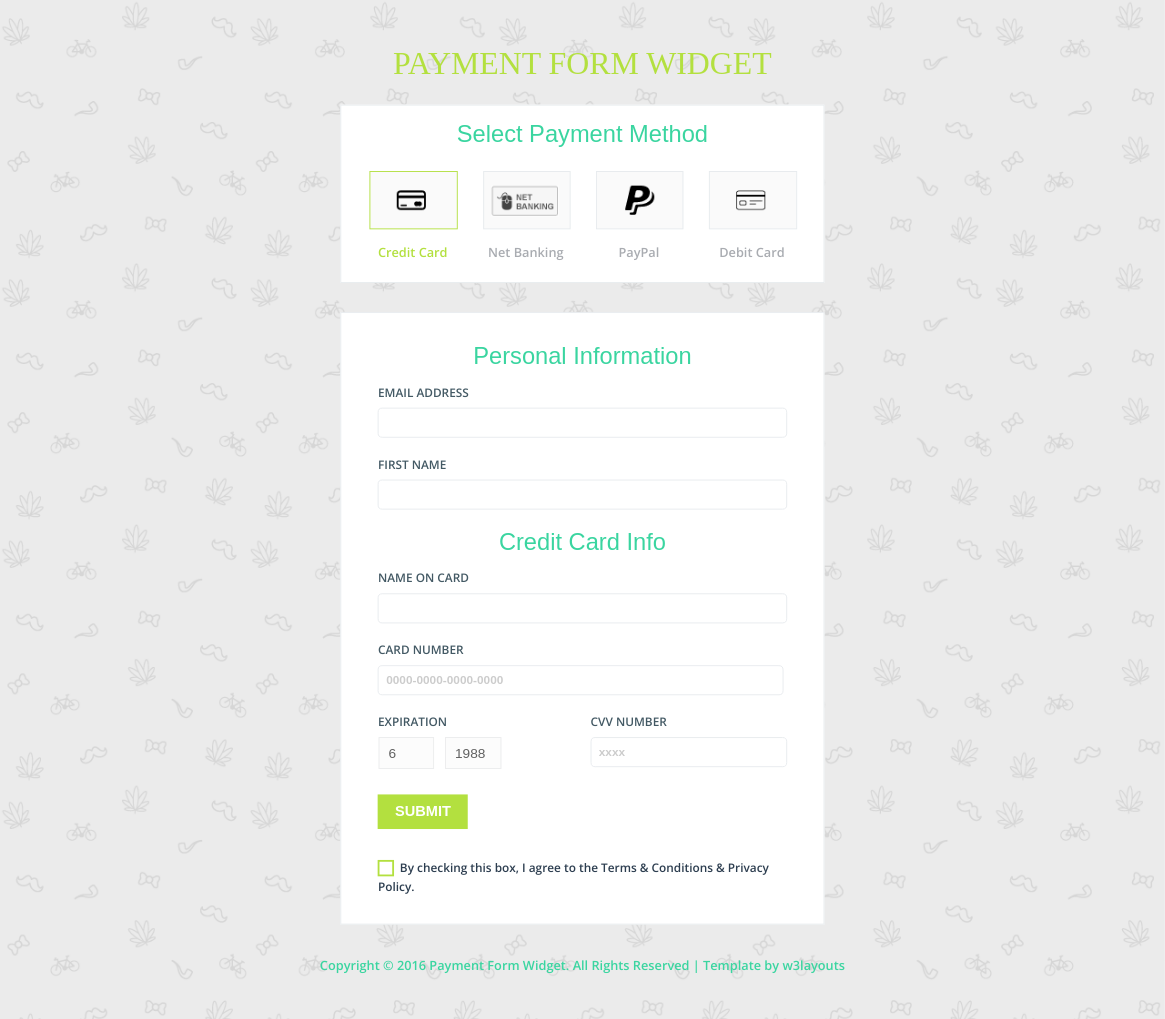
Repository: abinbabu/project-1-final
Page: http://localhost/shoppingcartfront/WEB-INF/views/lastpage.jsp
These files come from the project's save history. The page is drawn as it stood at one moment and after the next save; the edit follows.
The browser window is 1280 px wide. The pictures show the whole page, at 91% of full size.
Some web fonts or font styles are not loaded; a fallback is used. The page is served by Tomcat 9. Nobody is signed in. Other server files are loaded and not shown. The template is opened directly, without the code that normally fills it, so the values that code supplies are empty.

Above is the page before, as saved 2016-08-21 09:17:20.

### final complete/shoppingcartfront/src/main/webapp/WEB-INF/views/lastpage.jsp
<%@ page language="java" contentType="text/html; charset=ISO-8859-1"
    pageEncoding="ISO-8859-1"%>
    <%@ taglib prefix="spring" uri="http://www.springframework.org/tags"%>
<%@ taglib uri="http://java.sun.com/jsp/jstl/core" prefix="c"%>
<!DOCTYPE html PUBLIC "-//W3C//DTD HTML 4.01 Transitional//EN" "http://www.w3.org/TR/html4/loose.dtd">
<html>
<head>
<meta http-equiv="Content-Type" content="text/html; charset=ISO-8859-1">
<link href="<c:url value="/resources/css/style.css" />"
	rel="stylesheet">
	<link href='//fonts.googleapis.com/css?family=Fugaz+One' rel='stylesheet' type='text/css'>
<link href='//fonts.googleapis.com/css?family=Alegreya+Sans:400,100,100italic,300,300italic,400italic,500,500italic,700,700italic,800,800italic,900,900italic' rel='stylesheet' type='text/css'>
<link href='//fonts.googleapis.com/css?family=Open+Sans:400,300,300italic,400italic,600,600italic,700,700italic,800,800italic' rel='stylesheet' type='text/css'>
<script src="<c:url value="/resources/js/jquery.min.js" />"></script>
<title>Insert title here</title>
</head>
<body>
<div class="main">
		<h1>Payment Form Widget</h1>
		<div class="content">

			<script src="<c:url value="/resources/js/easyResponsiveTabs.js" />" type="text/javascript"></script>
					<script type="text/javascript">
						$(document).ready(function () {
							$('#horizontalTab').easyResponsiveTabs({
								type: 'default', //Types: default, vertical, accordion
								width: 'auto', //auto or any width like 600px
								fit: true   // 100% fit in a container
							});
						});

					</script>
						<div class="sap_tabs">
							<div id="horizontalTab" style="display: block; width: 100%; margin: 0px;">
								<div class="pay-tabs">
									<h2>Select Payment Method</h2>
									  <ul class="resp-tabs-list">
										  <li class="resp-tab-item" aria-controls="tab_item-0" role="tab"><span><label class="pic1"></label>Credit Card</span></li>
										  <li class="resp-tab-item" aria-controls="tab_item-1" role="tab"><span><label class="pic3"></label>Net Banking</span></li>
										  <li class="resp-tab-item" aria-controls="tab_item-2" role="tab"><span><label class="pic4"></label>PayPal</span></li>
										  <li class="resp-tab-item" aria-controls="tab_item-3" role="tab"><span><label class="pic2"></label>Debit Card</span></li>
										  <div class="clear"></div>
									  </ul>
								</div>
								<div class="resp-tabs-container">
									<div class="tab-1 resp-tab-content" aria-labelledby="tab_item-0">
										<div class="payment-info">
											<h3>Personal Information</h3>
											<form>
												<div class="tab-for">
													<h5>EMAIL ADDRESS</h5>
														<input type="text" value="">
													<h5>FIRST NAME</h5>
														<input type="text" value="">
												</div>
											</form>
											<h3 class="pay-title">Credit Card Info</h3>
											<form>
												<div class="tab-for">
													<h5>NAME ON CARD</h5>
														<input type="text" value="">
													<h5>CARD NUMBER</h5>
														<input class="pay-logo" type="text" value="0000-0000-0000-0000" onfocus="this.value = '';" onblur="if (this.value == '') {this.value = '0000-0000-0000-0000';}" required="">
												</div>
												<div class="transaction">
													<div class="tab-form-left user-form">
														<h5>EXPIRATION</h5>
															<ul>
																<li>
																	<input type="number" class="text_box" type="text" value="6" min="1" />
																</li>
																<li>
																	<input type="number" class="text_box" type="text" value="1988" min="1" />
																</li>

															</ul>
													</div>
													<div class="tab-form-right user-form-rt">
														<h5>CVV NUMBER</h5>
														<input type="text" value="xxxx" onfocus="this.value = '';" onblur="if (this.value == '') {this.value = 'xxxx';}" required="">
													</div>
													<div class="clear"></div>
												</div>
												<input type="submit" value="SUBMIT">
											</form>
											<div class="single-bottom">
													<ul>
														<li>
															<input type="checkbox"  id="brand" value="">
															<label for="brand"><span></span>By checking this box, I agree to the Terms & Conditions & Privacy Policy.</label>
														</li>
													</ul>
											</div>
										</div>
									</div>
									<div class="tab-1 resp-tab-content" aria-labelledby="tab_item-1">
										<div class="payment-info">
											<h3>Net Banking</h3>
											<div class="radio-btns">
												<div class="swit">
													<div class="check_box"> <div class="radio"> <label><input type="radio" name="radio" checked=""><i></i>Andhra Bank</label> </div></div>
													<div class="check_box"> <div class="radio"> <label><input type="radio" name="radio"><i></i>Allahabad Bank</label> </div></div>
													<div class="check_box"> <div class="radio"> <label><input type="radio" name="radio"><i></i>Bank of Baroda</label> </div></div>
													<div class="check_box"> <div class="radio"> <label><input type="radio" name="radio"><i></i>Canara Bank</label> </div></div>
													<div class="check_box"> <div class="radio"> <label><input type="radio" name="radio"><i></i>IDBI Bank</label> </div></div>
													<div class="check_box"> <div class="radio"> <label><input type="radio" name="radio"><i></i>Icici Bank</label> </div></div>
													<div class="check_box"> <div class="radio"> <label><input type="radio" name="radio"><i></i>Indian Overseas Bank</label> </div></div>
													<div class="check_box"> <div class="radio"> <label><input type="radio" name="radio"><i></i>Punjab National Bank</label> </div></div>
													<div class="check_box"> <div class="radio"> <label><input type="radio" name="radio"><i></i>South Indian Bank</label> </div></div>
													<div class="check_box"> <div class="radio"> <label><input type="radio" name="radio"><i></i>State Bank Of India</label> </div></div>
												</div>
												<div class="swit">
													<div class="check_box"> <div class="radio"> <label><input type="radio" name="radio" checked=""><i></i>City Union Bank</label> </div></div>
													<div class="check_box"> <div class="radio"> <label><input type="radio" name="radio"><i></i>HDFC Bank</label> </div></div>
													<div class="check_box"> <div class="radio"> <label><input type="radio" name="radio"><i></i>IndusInd Bank</label> </div></div>
													<div class="check_box"> <div class="radio"> <label><input type="radio" name="radio"><i></i>Syndicate Bank</label> </div></div>
													<div class="check_box"> <div class="radio"> <label><input type="radio" name="radio"><i></i>Deutsche Bank</label> </div></div>
													<div class="check_box"> <div class="radio"> <label><input type="radio" name="radio"><i></i>Corporation Bank</label> </div></div>
													<div class="check_box"> <div class="radio"> <label><input type="radio" name="radio"><i></i>UCO Bank</label> </div></div>
													<div class="check_box"> <div class="radio"> <label><input type="radio" name="radio"><i></i>Indian Bank</label> </div></div>
													<div class="check_box"> <div class="radio"> <label><input type="radio" name="radio"><i></i>Federal Bank</label> </div></div>
													<div class="check_box"> <div class="radio"> <label><input type="radio" name="radio"><i></i>ING Vysya Bank</label> </div></div>
												</div>
												<div class="clear"></div>
											</div>
											<a href="#">Continue</a>
										</div>
									</div>
									<div class="tab-1 resp-tab-content" aria-labelledby="tab_item-2">
										<div class="payment-info">
											<h3>PayPal</h3>
											<h4>Already Have A PayPal Account?</h4>
											<div class="login-tab">
												<div class="user-login">
													<h2>Login</h2>

													<form>
														<input type="text" value="name@email.com" onfocus="this.value = '';" onblur="if (this.value == '') {this.value = 'name@email.com';}" required="">
														<input type="password" value="PASSWORD" onfocus="this.value = '';" onblur="if (this.value == '') {this.value = 'PASSWORD';}" required="">
															<div class="user-grids">
																<div class="user-left">
																	<div class="single-bottom">
																			<ul>
																				<li>
																					<input type="checkbox"  id="brand1" value="">
																					<label for="brand1"><span></span>Remember me?</label>
																				</li>
																			</ul>
																	</div>
																</div>
																<div class="user-right">
																	<input type="submit" value="LOGIN">
																</div>
																<div class="clear"></div>
															</div>
													</form>
												</div>
											</div>
										</div>
									</div>
									<div class="tab-1 resp-tab-content" aria-labelledby="tab_item-3">
										<div class="payment-info">

											<h3 class="pay-title">Dedit Card Info</h3>
											<form>
												<div class="tab-for">
													<h5>NAME ON CARD</h5>
														<input type="text" value="">
													<h5>CARD NUMBER</h5>
														<input class="pay-logo" type="text" value="0000-0000-0000-0000" onfocus="this.value = '';" onblur="if (this.value == '') {this.value = '0000-0000-0000-0000';}" required="">
												</div>
												<div class="transaction">
													<div class="tab-form-left user-form">
														<h5>EXPIRATION</h5>
															<ul>
																<li>
																	<input type="number" class="text_box" type="text" value="6" min="1" />
																</li>
																<li>
																	<input type="number" class="text_box" type="text" value="1988" min="1" />
																</li>

															</ul>
													</div>
													<div class="tab-form-right user-form-rt">
														<h5>CVV NUMBER</h5>
														<input type="text" value="xxxx" onfocus="this.value = '';" onblur="if (this.value == '') {this.value = 'xxxx';}" required="">
													</div>
													<div class="clear"></div>
												</div>
												<input type="submit" value="SUBMIT">
											</form>
											<div class="single-bottom">
													<ul>
														<li>
															<input type="checkbox"  id="brand" value="">
															<label for="brand"><span></span>By checking this box, I agree to the Terms & Conditions & Privacy Policy.</label>
														</li>
													</ul>
											</div>
										</div>
									</div>
								</div>
							</div>
						</div>

		</div>
		<p class="footer">Copyright © 2016 Payment Form Widget. All Rights Reserved | Template by <a href="https://w3layouts.com/" target="_blank">w3layouts</a></p>
	</div>
</body>
</html>

Loaded but not shown: final complete/shoppingcartfront/src/main/webapp/resources/css/style.css (common file); final complete/shoppingcartfront/src/main/webapp/resources/js/jquery.min.js (library); final complete/shoppingcartfront/src/main/webapp/resources/js/easyResponsiveTabs.js (common file)

After the next save:
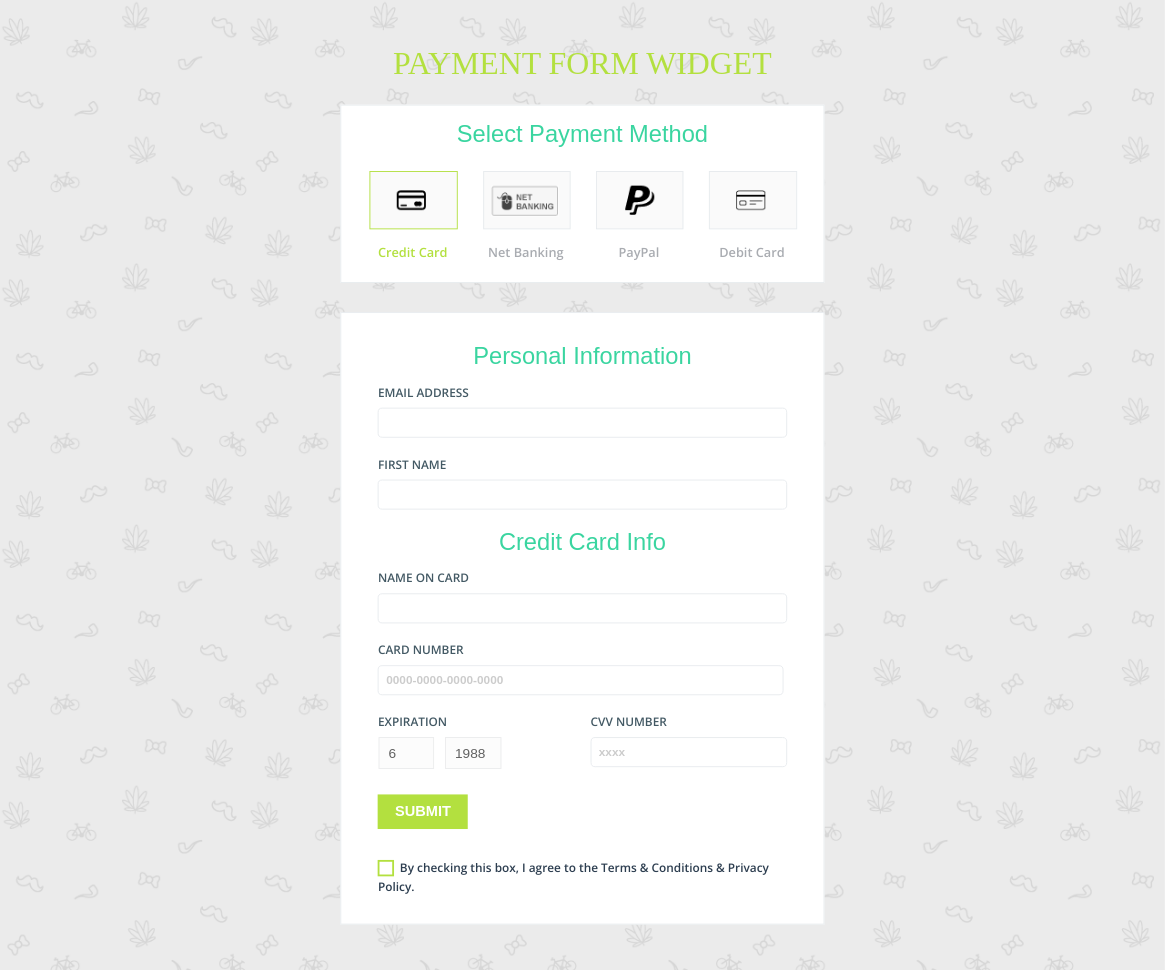
Saved 37 s later.
--- a/final complete/shoppingcartfront/src/main/webapp/WEB-INF/views/lastpage.jsp
+++ b/final complete/shoppingcartfront/src/main/webapp/WEB-INF/views/lastpage.jsp
@@ -205,7 +205,6 @@
 						</div>
 
 		</div>
-		<p class="footer">Copyright © 2016 Payment Form Widget. All Rights Reserved | Template by <a href="https://w3layouts.com/" target="_blank">w3layouts</a></p>
-	</div>
+		</div>
 </body>
 </html>
